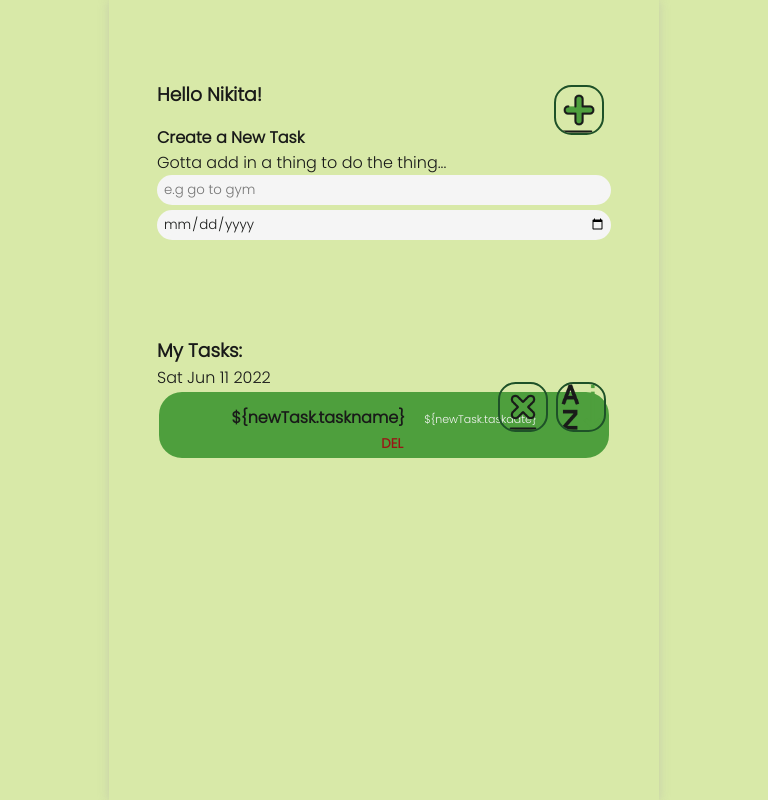
Repository: acidpixie/todo-app-version3
Page: index.html
These files come from the project's save history. The page is drawn as it stood at one moment and after the next save; the edit follows.
The browser window is 768 px wide. The pictures show the whole page.

Above is the page before, as saved 2022-06-11 22:51:49.

After the next save:
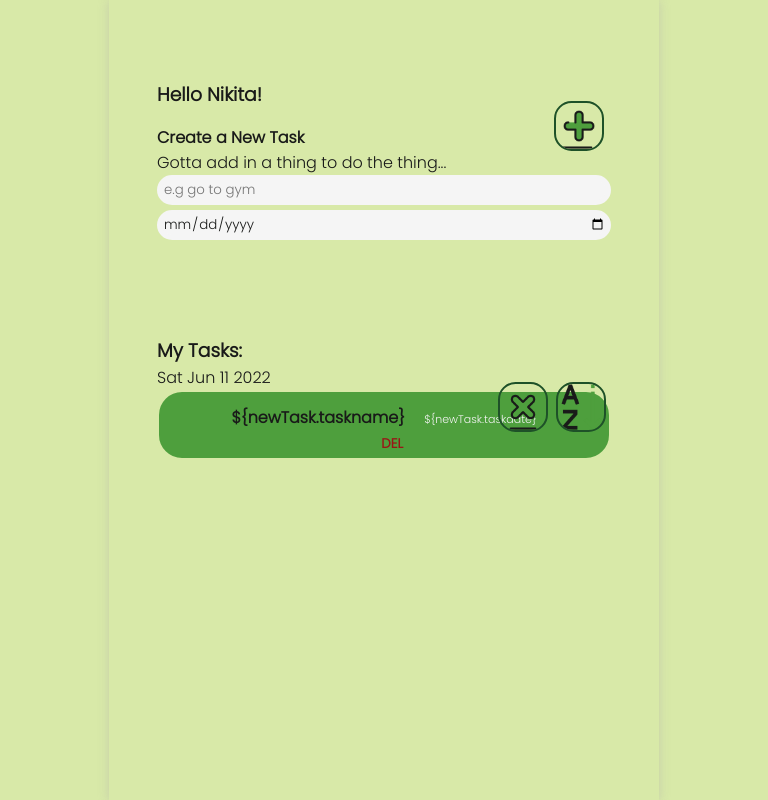
Saved 12 s later.
--- a/css/stylesheet.css
+++ b/css/stylesheet.css
@@ -184,7 +184,7 @@ h3 {
         width: 50px;
         margin-top: 5px;
         position: absolute;
-        top: 10%;
+        top: 12%;
         right: 10%;
         background-color: none;
         border: solid 2px #1E5128;
